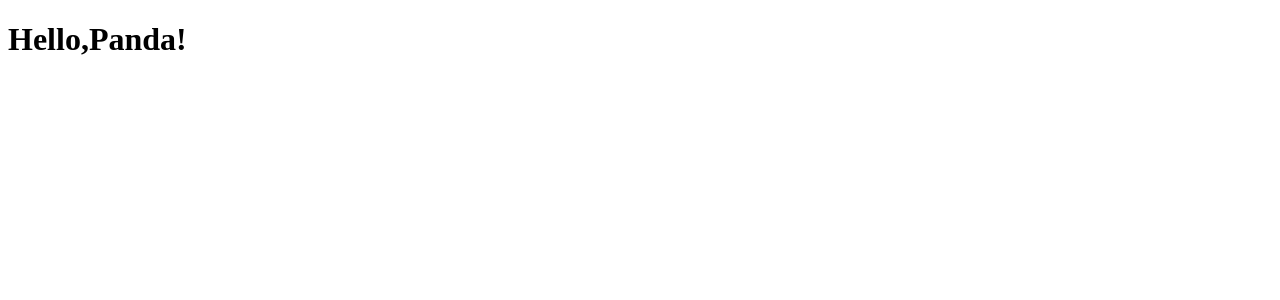
Repository: omarhasnain/panda-commerce-bootstrap
Page: index.html
An editor plug-in stored every save of this project. The page is shown before and after the next save, followed by the edit.
The browser window is 1280 px wide. The pictures show the whole page.

Above is the page before, as saved 2021-01-14 15:18:05.

### index.html
<!DOCTYPE html>
<html lang="en">
<head>
    <meta charset="UTF-8">
    <meta name="viewport" content="width=device-width, initial-scale=1.0">
    <title>Panda Commerce</title>
</head>
<body>
    <h1>Hello,Panda!</h1>

</body>
</html>

After the next save:
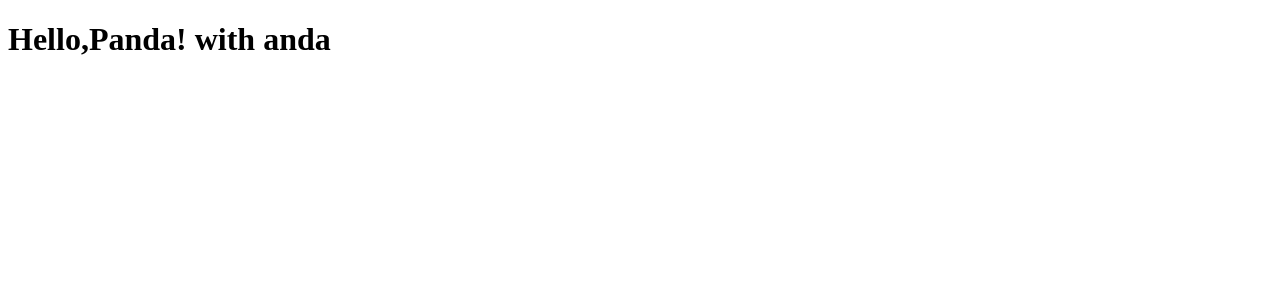
Saved 2 min 13 s later.
--- a/index.html
+++ b/index.html
@@ -6,7 +6,7 @@
     <title>Panda Commerce</title>
 </head>
 <body>
-    <h1>Hello,Panda!</h1>
+    <h1>Hello,Panda! with anda</h1>
 
 </body>
 </html>

After the save that followed:
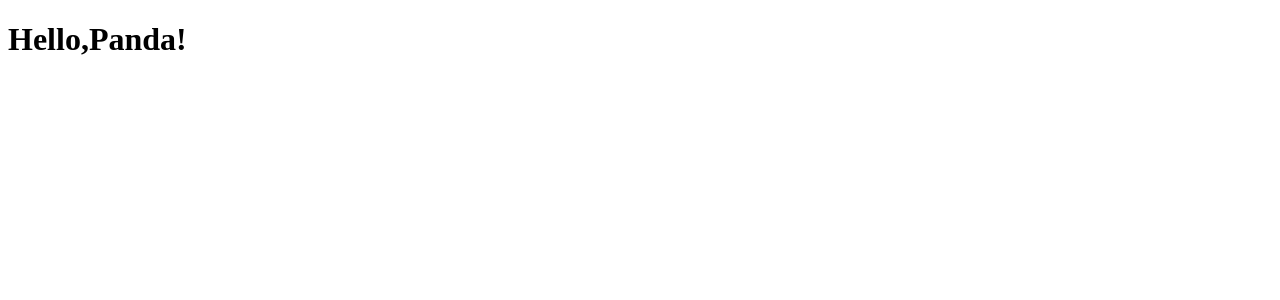
Saved 9 s later.
--- a/index.html
+++ b/index.html
@@ -6,7 +6,7 @@
     <title>Panda Commerce</title>
 </head>
 <body>
-    <h1>Hello,Panda! with anda</h1>
+    <h1>Hello,Panda! </h1>
 
 </body>
 </html>
